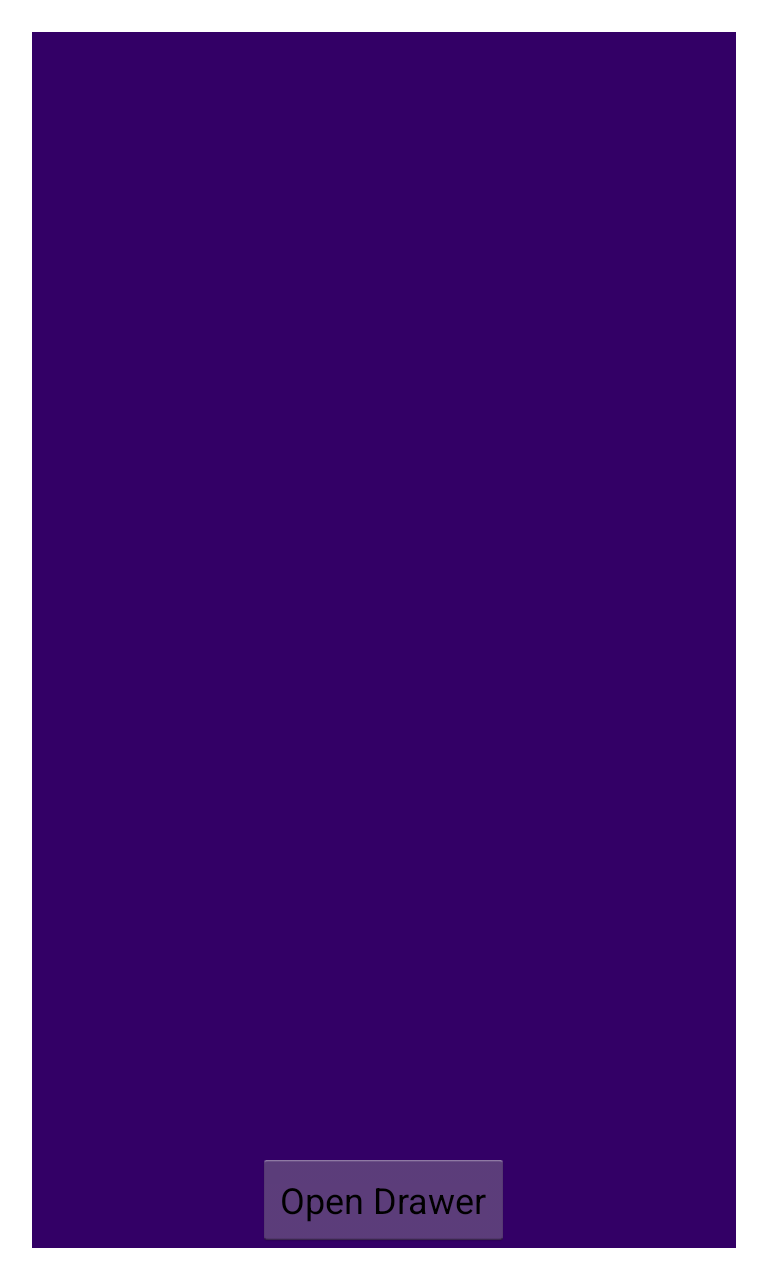
Repository: jam1987/moviles
Layout: proy3/AppFirst/res/layout/activity_main.xml
These files come from the project's save history. The layout is drawn as it stood at one moment and after the next save; the edit follows.
It is drawn on a 768 x 1280 px phone screen (xhdpi) without system bars, with theme AppTheme; the app's code is not run.

Above is the layout before, as saved 2014-01-23 01:34:11.

### proy3/AppFirst/res/layout/activity_main.xml
<RelativeLayout xmlns:android="http://schemas.android.com/apk/res/android"
    xmlns:tools="http://schemas.android.com/tools"
    android:layout_width="match_parent"
    android:layout_height="match_parent"
    android:paddingBottom="@dimen/activity_vertical_margin"
    android:paddingLeft="@dimen/activity_horizontal_margin"
    android:paddingRight="@dimen/activity_horizontal_margin"
    android:paddingTop="@dimen/activity_vertical_margin"
    tools:context=".MainActivity" >

    <TextView
        android:layout_width="wrap_content"
        android:layout_height="wrap_content"
        android:text="@string/hello_world" />

    <SlidingDrawer
        android:id="@+id/slidingDrawer1"
        android:layout_width="match_parent"
        android:layout_height="match_parent"
        android:background= "@+color/background2"

        android:layout_alignParentLeft="true"
        android:layout_alignParentTop="true"
        android:content="@+id/content"
        android:handle="@+id/handle" >

        <Button
            android:id="@+id/handle"
            android:layout_width="wrap_content"
            android:layout_height="wrap_content"
            android:text="Open Drawer" />

        <LinearLayout
            android:id="@+id/content"
            android:orientation="vertical"
            android:layout_width="match_parent"
            android:layout_height="match_parent" >



            <AnalogClock
                android:id="@+id/analogClock2"
                android:layout_width="wrap_content"
                android:layout_height="wrap_content" />

        </LinearLayout>
    </SlidingDrawer>

</RelativeLayout>

### proy3/AppFirst/res/values/strings.xml
<?xml version="1.0" encoding="utf-8"?>
<resources>

    <string name="app_name">AppFirst</string>
    <string name="action_settings">Configuracion</string>
    <string name="hello_world">Lo Nano te brinda una mano!</string>
    <string name="textareaone">Text Area 1</string>
    <string name="textareatwo">Text Area 2</string>
    <string name="showimage1">Foo</string>
    <string name="showimage2">Bar</string>
    <string name="showwhite">White</string>
    <string name="showblack">Black</string>
    <string name="showalert">Alert</string>
    <color name="background2">#330066</color>
    <color name="background">#FFFFFF</color>

</resources>

Loaded but not shown: proy3/AppFirst/res/values/styles.xml (common file); proy3/AppFirst/res/values-v11/styles.xml (common file); proy3/AppFirst/res/values-v14/styles.xml (common file); proy3/AppFirst/res/values/dimens.xml (common file)

After the next save:
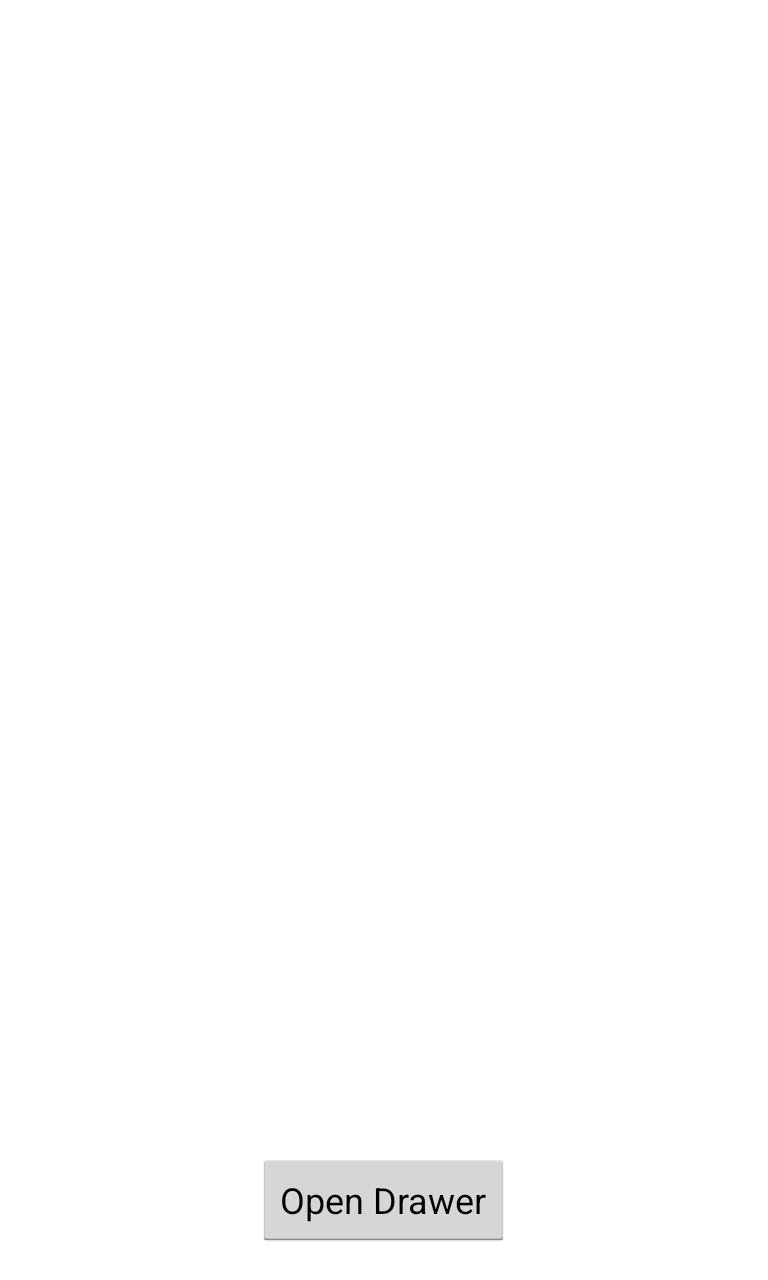
Saved 49 s later.
--- a/proy3/AppFirst/res/layout/activity_main.xml
+++ b/proy3/AppFirst/res/layout/activity_main.xml
@@ -17,7 +17,7 @@
         android:id="@+id/slidingDrawer1"
         android:layout_width="match_parent"
         android:layout_height="match_parent"
-        android:background= "@+color/background2"
+        android:background= "@+color/background"
 
         android:layout_alignParentLeft="true"
         android:layout_alignParentTop="true"

After the save that followed:
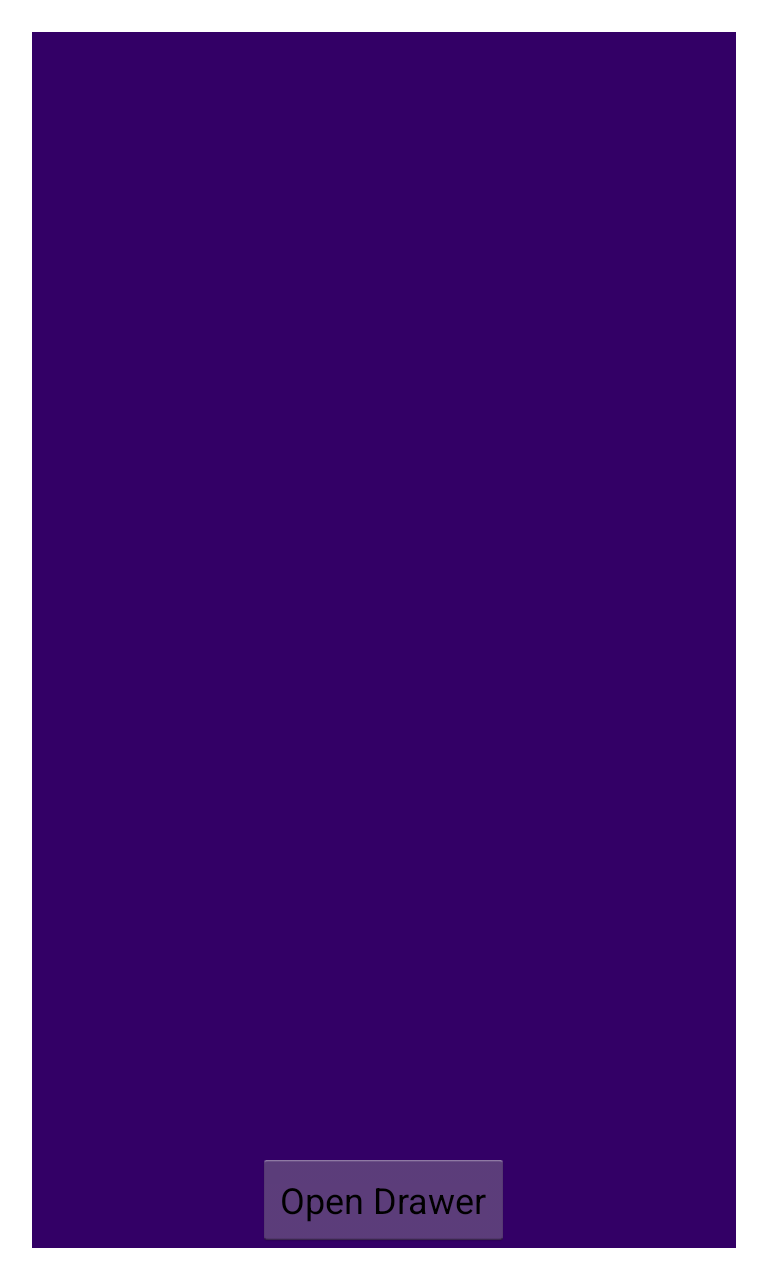
Saved 88 s later.
--- a/proy3/AppFirst/res/layout/activity_main.xml
+++ b/proy3/AppFirst/res/layout/activity_main.xml
@@ -2,6 +2,7 @@
     xmlns:tools="http://schemas.android.com/tools"
     android:layout_width="match_parent"
     android:layout_height="match_parent"
+    android:background="@+color/background"
     android:paddingBottom="@dimen/activity_vertical_margin"
     android:paddingLeft="@dimen/activity_horizontal_margin"
     android:paddingRight="@dimen/activity_horizontal_margin"
@@ -17,10 +18,9 @@
         android:id="@+id/slidingDrawer1"
         android:layout_width="match_parent"
         android:layout_height="match_parent"
-        android:background= "@+color/background"
-
         android:layout_alignParentLeft="true"
-        android:layout_alignParentTop="true"
+        android:layout_alignTop="@+id/textView1"
+        android:background="@+color/background2"
         android:content="@+id/content"
         android:handle="@+id/handle" >
 
@@ -32,17 +32,14 @@
 
         <LinearLayout
             android:id="@+id/content"
-            android:orientation="vertical"
             android:layout_width="match_parent"
-            android:layout_height="match_parent" >
-
-
+            android:layout_height="match_parent"
+            android:orientation="vertical" >
 
             <AnalogClock
                 android:id="@+id/analogClock2"
                 android:layout_width="wrap_content"
                 android:layout_height="wrap_content" />
-
         </LinearLayout>
     </SlidingDrawer>
 
